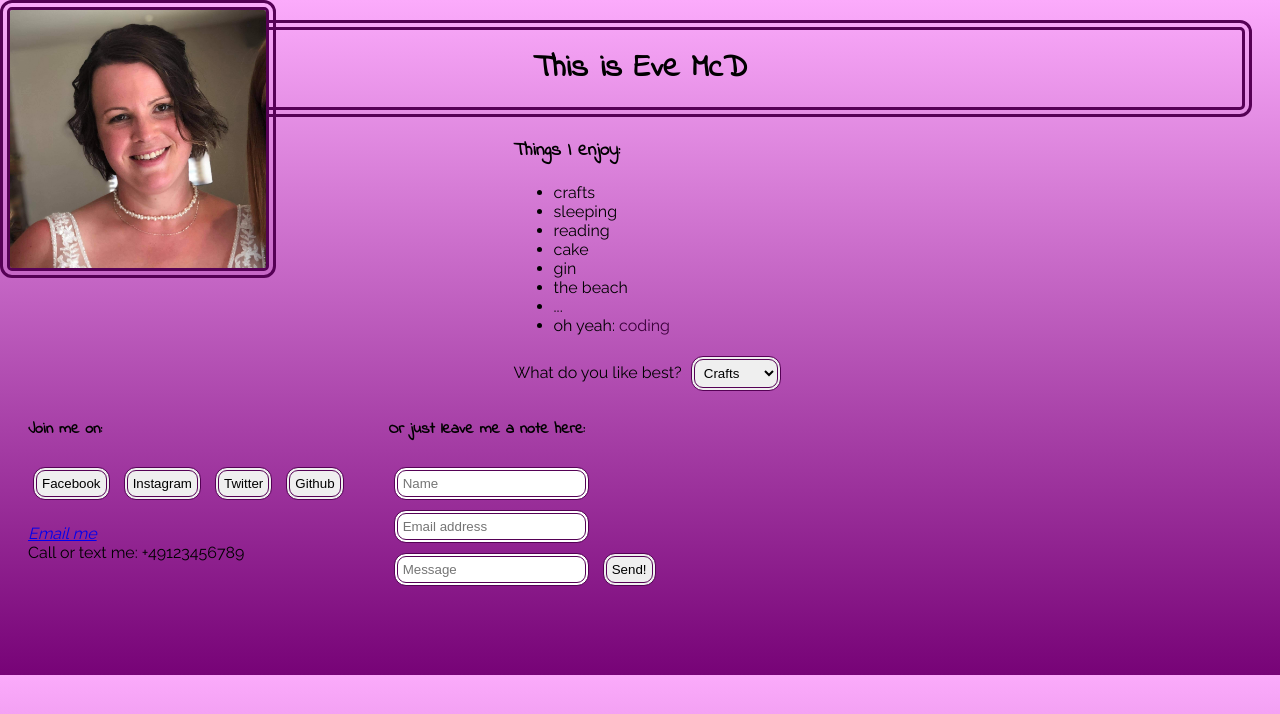
Repository: evemcd/Strive-Ignite-W1
Page: index.html
These files come from the project's save history. The page is drawn as it stood at one moment and after the next save; the edit follows.
The browser window is 1280 px wide. The pictures show the whole page.

Above is the page before, as saved 2021-01-17 20:35:10.

After the next save:
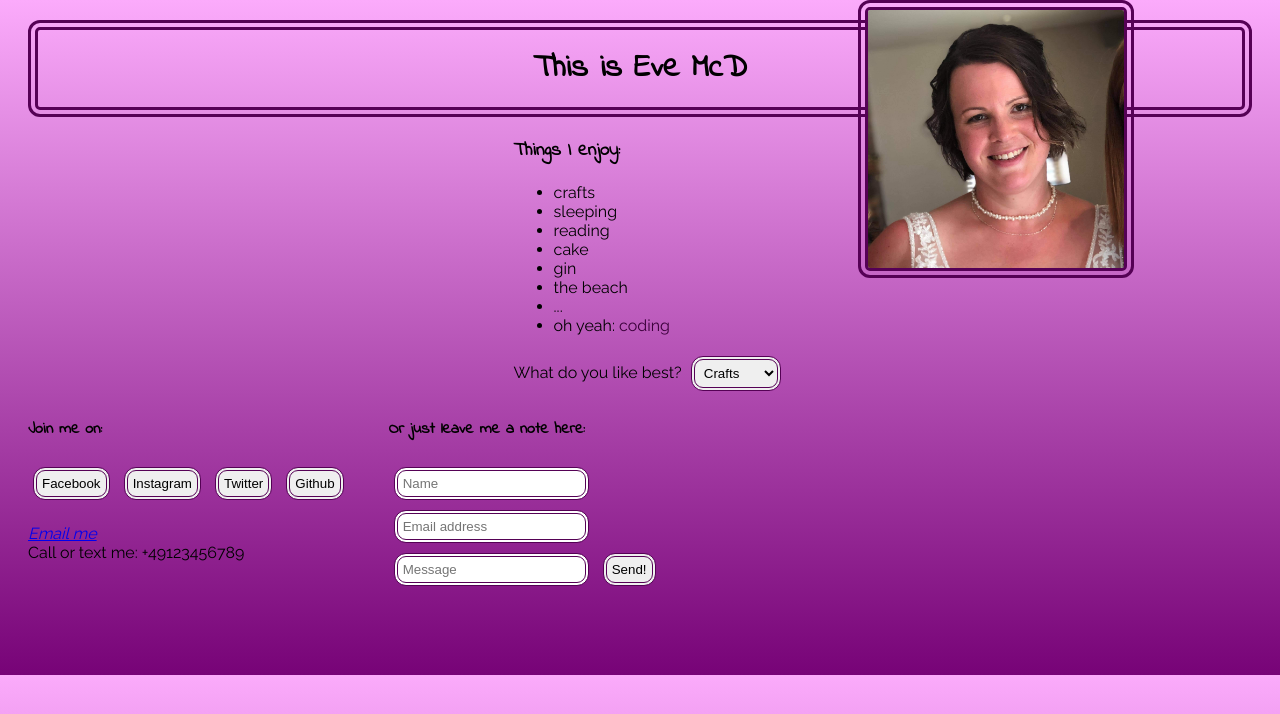
Saved 18 min 17 s later.
--- a/styles.css
+++ b/styles.css
@@ -69,7 +69,7 @@ h6 {
     width: 20%;
     position: absolute;
     top: 0;
-    left: 0;
+    left: 67%;
     border: 10px double rgb(85, 1, 85);
     border-radius: 12px;
 }
